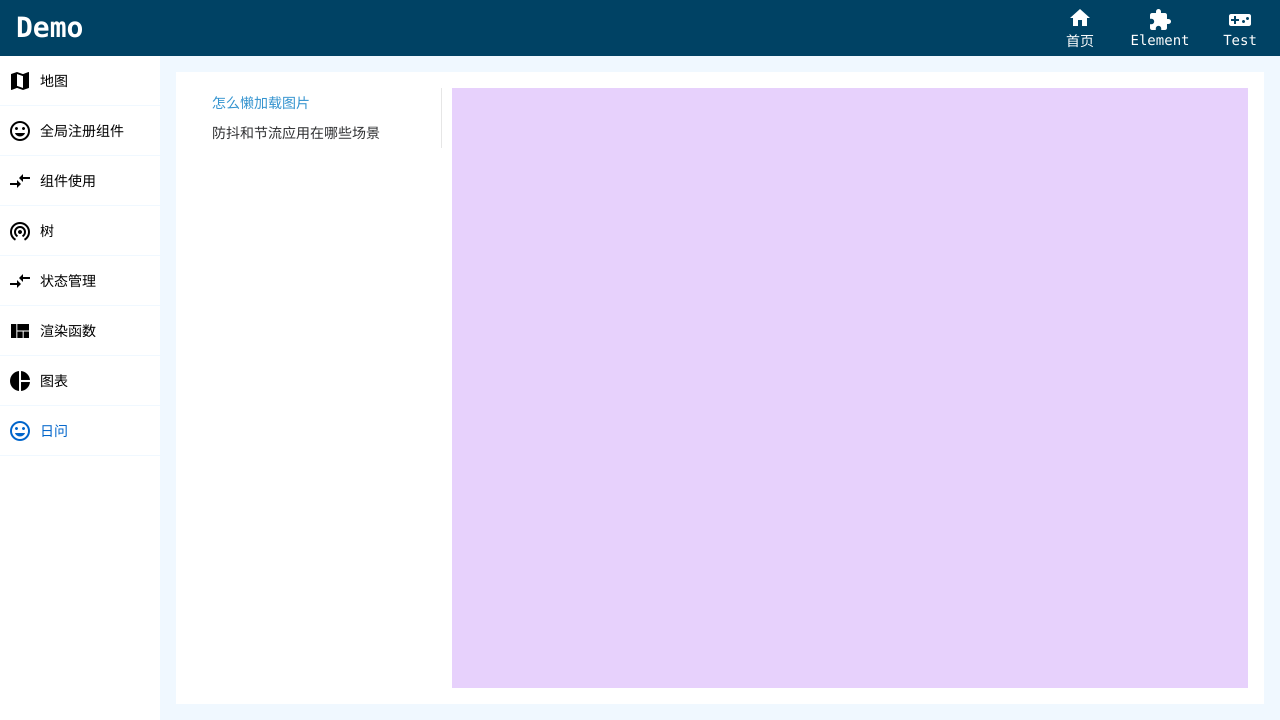
Repository: zh-webliker/element-vue
Page: /dailyQuestion
The author's editor kept a copy of each file at every save. The page is drawn from the files as they stood at one save, then again after the next save.
The browser window is 1280 px wide. The pictures show the whole page.
The project was rebuilt for these pictures with package versions that can differ from the ones it lists, and the page was loaded fresh each time. Also part of the build but not shown: vue.config.js, src/components/baseComponts/Basebutton.vue, src/components/baseComponts/Basetitle.vue. Imported but missing from the stored project, and not drawn on this page: src/json/contour, src/json/hl.

Above is the page before, as saved 2020-10-09 10:51:54.

### public/index.html
<!DOCTYPE html>
<html lang="en">
  <head>
    <meta charset="utf-8">
    <meta http-equiv="X-UA-Compatible" content="IE=edge">
    <meta name="viewport" content="width=device-width,initial-scale=1.0">
    <link rel="icon" href="<%= BASE_URL %>favicon.ico">
    <title>demo</title>

  </head>
  <body>
    <noscript>
      <strong>We're sorry but demo doesn't work properly without JavaScript enabled. Please enable it to continue.</strong>
    </noscript>
    <div id="app"></div>
    <!-- built files will be auto injected -->
  </body>
</html>

### src/main.js
import Vue from 'vue'
import App from './App.vue'
import router from './router'
import store from './store/store'

import './style/style.scss'
import 'material-icons'

/***
 * 初始化axios
 * https://www.kancloud.cn/yunye/axios/234845
 */
import axios from 'axios'
axios.defaults.baseURL = process.env.NODE_ENV === 'production' ? '/' : '/api';
axios.defaults.headers.withCredentials = true;
Vue.prototype.$axios = axios;

// import './style/test.scss'

/**
 * element
 * */
import Element from 'element-ui'
import './style/element-variables.scss'
Vue.use(Element);


Vue.config.productionTip = false;

// import upperFirst from 'lodash/upperFirst'
// import camelCase from 'lodash/camelCase'

// const requireComponent = require.context(
//   // 其组件目录的相对路径
//   // '../src/components/baseComponts',
//   './components/baseComponts',
//   // 是否查询其子目录
//   false,
//   // 匹配基础组件文件名的正则表达式
//   /Base[A-Z]\w+\.(vue|js)$/
// )
// console.log(requireComponent.keys())
// requireComponent.keys().forEach(fileName => {
//   // 获取组件配置
//   const componentConfig = requireComponent(fileName)
//   // 这个地方直接传入filename其实就是内部会调用了resolve方法，会返回对应的文件内容（不理解可以console一下看看）
//   // 获取组件的 PascalCase 命名
//   const componentName = upperFirst(
//     camelCase(
//       // 获取和目录深度无关的文件名
//       fileName
//         .split('/')
//         .pop()
//         .replace(/\.\w+$/, '')
//     )
//   )

//   // 全局注册组件
//   Vue.component(
//     componentName,
//     // 如果这个组件选项是通过 `export default` 导出的，
//     // 那么就会优先使用 `.default`，
//     // 否则回退到使用模块的根。
//     componentConfig.default || componentConfig
//   )
// })
import Basebutton from './components/baseComponts/Basebutton.vue'
import Basetitle from './components/baseComponts/Basetitle.vue'
Vue.component('Basebutton', Basebutton)
Vue.component('Basetitle', Basetitle)
new Vue({
  router,
  store,
  render: h => h(App)
}).$mount('#app');

### src/App.vue
<template>
  <div id="app">

    <!--header标签和下面的nav标签，是H5新增的标签，相当于有语义的div-->
    <header class="header">

      <h1>{{appName}}</h1>

      <nav>

        <!--router-link是vue自带组件，用于项目内跳转，会编译成a标签-->
        <router-link to="/Main">
          <i class="material-icons">home</i>
          <span>首页</span>
        </router-link>
        <router-link to="/Element">
          <i class="material-icons">extension</i>
          <span>Element</span>
        </router-link>

        <router-link to="/Test">
          <i class="material-icons">videogame_asset</i>
          <span>Test</span>
        </router-link>
        <!--<router-link to="/">
          <i class="material-icons">logout</i>
          <span>退出</span>
        </router-link>-->
      </nav>
    </header>

    <router-view/>

  </div>
</template>

<script>
  const appName = "Demo";

  export default ({
    name: "App",
    data(){
      return {
        appName
      }
    }
  })

</script>

<style lang="scss">

</style>

### src/router.js
import Vue from 'vue'
import Router from 'vue-router'

Vue.use(Router);

export default new Router({
  mode: 'history',
  routes: [
    {
      path: "/",
      redirect: "/Main"
    },
    {
      name: "Main",
      path: "/Main",
      component: ()=> import('./views/main/Main.vue'),
      children: [
        {
          path: "/",
          redirect: "/Main/Map"
        },
        {
          //在router-link跳转中，如果路由设置了name，也可以用name替代path
          name: "Map",
          path: "/Main/Map",
          component: ()=> import('./views/main/Map.vue')
        },
        {
          name: "Icon",
          path: "/Main/Icon",
          component: ()=> import('./views/main/Icon.vue')
        },
        {
          name: "Tree",
          path: "/Main/Tree",
          component: ()=> import('./views/main/Tree.vue')
        },
        {
          name: "Storage",
          path: "/Main/Storage",
          component: ()=> import('./views/main/Storage.vue')
        },
        {
          name: "Storage2",
          path: "/Main/Storage2",
          component: ()=> import('./views/main/Storage2.vue')
        },
        {
          name: "Deliver",
          path: "/Main/Deliver",
          component: ()=> import('./views/main/Deliver.vue')
        },
        {
          name: "Charts",
          path: "/Main/Charts",
          component: ()=> import('./views/main/Charts.vue')
        },
        {
          name: "dailyQuestion",
          path: "/dailyQuestion",
          component: ()=> import('./views/main/dailyQuestion.vue'),
          children: [
            {
              name: "lazyLoadingInmg",
              path: "/lazyLoadingInmg",
              component: ()=> import('./components/dailyQuestion/lazyLoadingInmg.vue')
            },
            {
              name: "debounce",
              path: "/debounce",
              component: ()=> import('./components/dailyQuestion/debounce.vue')
            },
          ]
        }
      ]
    },
    {
      name: "Element",
      path: "/Element",
      component: ()=> import('./views/element/ElementMain.vue'),
      children: [
        {
          path: "/",
          redirect: "/Element/Table"
        },
        {
          name: "Table",
          path: "/Element/Table",
          component: ()=> import('./views/element/Table.vue'),
        },
        {
          name: "Tab",
          path: "/Element/Tab",
          component: ()=> import('./views/element/Tab.vue'),
        },
        {
          name: "Form",
          path: "/Element/Form",
          component: ()=> import('./views/element/Form.vue'),
        },
        {
          name: "Tree",
          path: "/Element/Tree",
          component: ()=> import('./views/element/Tree.vue'),
        }
      ]
    },

    {
      name: "Test",
      path: "/Test",
      component: ()=> import('./views/test/Test.vue'),
      redirect: "/Test/Mixin",

      children:[
        {
          name: "Mixin",
          path: "/Test/Mixin",
          component: ()=> import('./views/test/mixins/Index.vue')
        },
        {
          name: "DraggableModule",
          path: "/Test/DraggableModule",
          component: ()=> import('./views/test/draggable/DraggableModule.vue')
        }
      ]
    },

    //把404页面放到最后匹配剩下的全部页面
    {
      name: "404",
      path: "*",
      component: ()=> import('./views/404.vue'),
    }

  ]
})

### src/store/store.js
import Vue from 'vue'
import Vuex from 'vuex'

import StorageStore from './StorageStore'

Vue.use(Vuex);

export default new Vuex.Store({
  state: {

  },
  mutations: {

  },
  actions: {

  },

  //引入模组store
  modules: {
    storage: StorageStore
  }
})

### src/style/style.scss


/*theme*/
$primaryColor: #0065cb;
$primaryTextColor: white;
$primaryBgColor: #004264;
$bgColor: white;

/*global*/
a {
  text-decoration: none;
  color: inherit;
}
.page {
  position: absolute;
  top: 56px;
  bottom: 0;
  left: 0;
  right: 0;
  background-color: aliceblue;
}


/*body*/
body{
  padding: 0; margin: 0;
  font-family: 'Consolas', 'Microsoft YaHei UI';
  font-size: 14px;
}

/*header*/
header {
  background-color: $primaryBgColor;
  color: $primaryTextColor;
  padding: 0 16px;
  position: relative;
  height: 56px;

  h1 {
    margin: 0;
    line-height: 56px;
  }

  nav {
    position: absolute;
    right: 0;
    top: 0;
    height: 100%;
    cursor: pointer;
    display: flex;
    justify-content: center;

    a {
      display: inline-flex;
      width: 80px;
      height: 100%;
      justify-content: center;
      flex-direction: column;
      text-align: center;

      &:hover{
        background-color: rgba(255,255,255,0.1);
      }

      &.router-link-active{
        background-color: rgba(255,255,255,0.4);
      }
    }
  }
}

/*left navbar*/
.left-nav {
  position: absolute;
  width: 160px;
  top: 0;
  bottom: 0;
  left: 0;
  background-color: white;
  //color: $primaryTextColor;


  a {
    position: relative;
    display: flex;
    width: 100%;
    height: 50px;
    cursor: pointer;

    &:hover{
      //background-color: rgba(100,100,100,0.1);
      color: rgb(100,100,100);
    }
    &.router-link-active{
      //background-color: rgba(0,0,0,0.1);
      color: $primaryColor;
    }
    &:after{
      content: "";
      position: absolute;
      bottom: 0;
      width: 100%;
      height: 1px;
      //transform: scaleY(0.5);
      background-color: aliceblue;
    }

    i {
      line-height: 50px;
      width: 40px;
      text-align: center;
      font-size: 24px;
    }
    span {
      line-height: 50px;
      font-size: 14px;
    }

  }
}


.page-content {
  position: absolute;
  left: 160px;
  top: 0;
  bottom: 0;
  right: 0;
  //background-color: aliceblue;
  margin: 16px;
  padding: 16px;
  background-color: white;
  overflow-y: auto;
  overflow-x: auto;

  article{
    padding-bottom: 80px;
  }
}

### src/style/element-variables.scss
/* 改变主题色变量 */
// $--color-primary: #00806a;
$--color-primary: rgb(51, 147, 207);
// $--color-danger:pink;
/* 改变 icon 字体路径变量，必需 */
$--font-path: '~element-ui/lib/theme-chalk/fonts';

@import "~element-ui/packages/theme-chalk/src/index";

.el-main>div:nth-child(2){
  padding: 16px;
}

### src/views/main/Main.vue
<template>
  <div class="page">

    <nav class="left-nav">
      <router-link to="Map">
        <i class="material-icons">map</i>
        <span>地图</span>
      </router-link>
      <router-link to="Icon">
        <i class="material-icons">insert_emoticon</i>
        <span>全局注册组件</span>
      </router-link>
      <router-link to="Storage2">
        <i class="material-icons">compare_arrows</i>
        <span>组件使用</span>
      </router-link>
      <router-link to="Tree">
        <i class="material-icons">wifi_tethering</i>
        <span>树</span>
      </router-link>
      <router-link to="Storage">
        <i class="material-icons">compare_arrows</i>
        <span>状态管理</span>
      </router-link>
      <router-link to="Deliver">
        <i class="material-icons">view_quilt</i>
        <span>渲染函数</span>
      </router-link>
      <router-link to="Charts">
        <i class="material-icons">pie_chart</i>
        <span>图表</span>
      </router-link>
      <router-link to="dailyQuestion">
        <i class="material-icons">insert_emoticon</i>
        <span>日问</span>
      </router-link>
    </nav>

    <div class="page-content">
      <router-view/>
    </div>
  </div>
</template>

<script>
  export default {
    name: "Main"
  }
</script>

<style scoped>

</style>

### src/views/main/dailyQuestion.vue
<template>
  <div class="dailyQuestionPage">
    <nav class="leftNav">
      <el-menu :default-active="isActive" router>
        <el-menu-item v-for='i in menu' :key='i.id' :index="i.url">{{i.title}}</el-menu-item>
      </el-menu>
    </nav>
    <div class="rightContent">
      <router-view></router-view>
    </div>
  </div>
</template>

<script>
export default {
  name: 'dailyQuestion',
  data () {
    return {
      menu: [
        {title: '怎么懒加载图片', url: '/lazyLoadingInmg' , id: '1'},
        {title: '防抖和节流应用在哪些场景', url: '/debounce', id: '2'}
      ],
      // isActive: '1'
    }
  },
  computed: {
    isActive () {
      console.log(this.$route.name)
      // return this.$route.path
      if (this.$route.name === 'dailyQuestion') {
        return '/lazyLoadingInmg'
      } else {
        return this.$route.path
      }
    }
  }
}
</script>

<style lang='scss' scoped>
.dailyQuestionPage {
  display: flex;
  height: 100%;
  .leftNav {
    width: 250px;
    height: 100%;
    // background: rgb(252, 253, 201);
    margin-right: 10px;
    .el-menu-item {
      height: 30px;
      line-height: 30px;
    }
  }
  .rightContent {
    flex: 1 1 auto;
    // min-width: 300px;
    background: rgb(231, 209, 252);
  }
}
</style>

### src/store/StorageStore.js

//vuex store 模块
//https://vuex.vuejs.org/zh/guide/modules.html

export default {

  //开启命名空间
  namespaced: true,

  //状态
  state: {
    "storageText": "请输入一些文字",
    "storageTime": 0
  },

  //set操作
  mutations: {
    setText: (state, text)=> state.storageText = text,
    setTime: (state, time)=> state.storageTime = time
  },

  //批量操作，可以执行异步
  actions: {
    setStorage(context, obj){
      context.commit('setText', obj.text);
      context.commit('setTime', obj.time);
    }
  },

  //get操作
  getters:{
    getText(state) {
      return state.storageText;
    },
    getTime(state) {
      return state.storageTime;
    },
    getNextTime(state){
      return state.storageTime + 60;
    }
  }
}

After the next save:
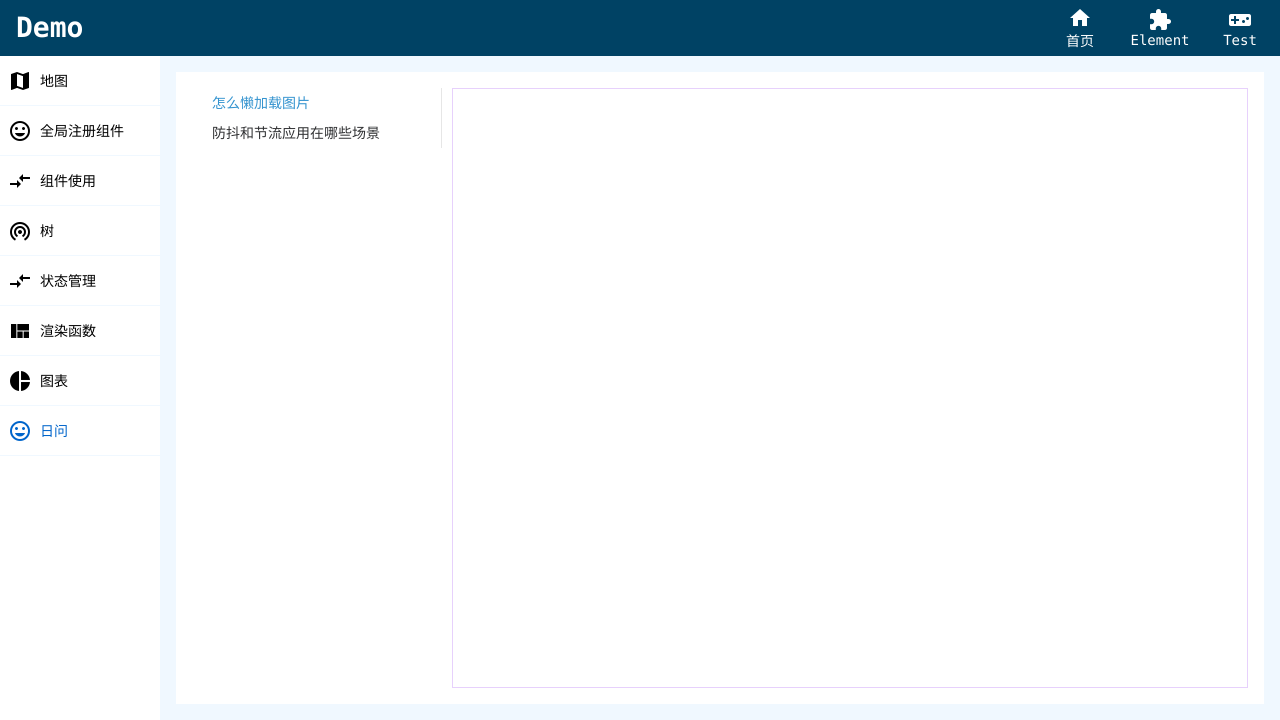
Saved 31 s later.
--- a/src/views/main/dailyQuestion.vue
+++ b/src/views/main/dailyQuestion.vue
@@ -54,7 +54,7 @@ export default {
   .rightContent {
     flex: 1 1 auto;
     // min-width: 300px;
-    background: rgb(231, 209, 252);
+    border: 1px solid rgb(231, 209, 252);
   }
 }
 </style>
